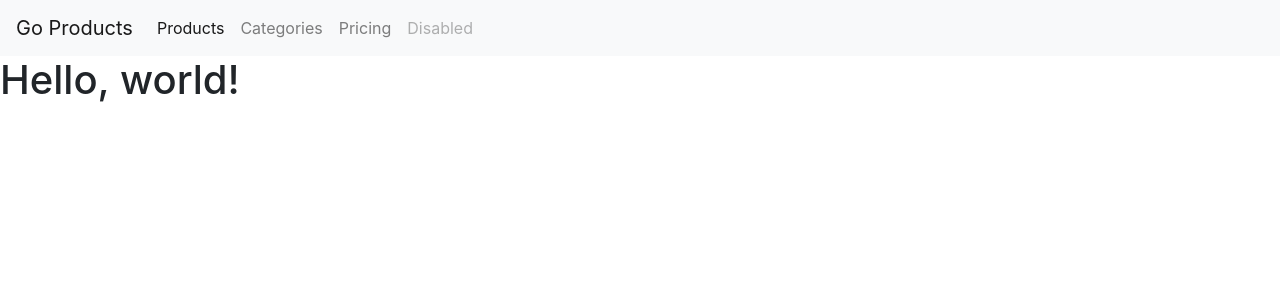
Repository: Nouthemoran/go-web-native-crud
Page: views/home/index.html
An editor plug-in stored every save of this project. The page is shown before and after the next save, followed by the edit.
The browser window is 1280 px wide. The pictures show the whole page.

Above is the page before, as saved 2023-10-04 15:04:46.

After the next save:
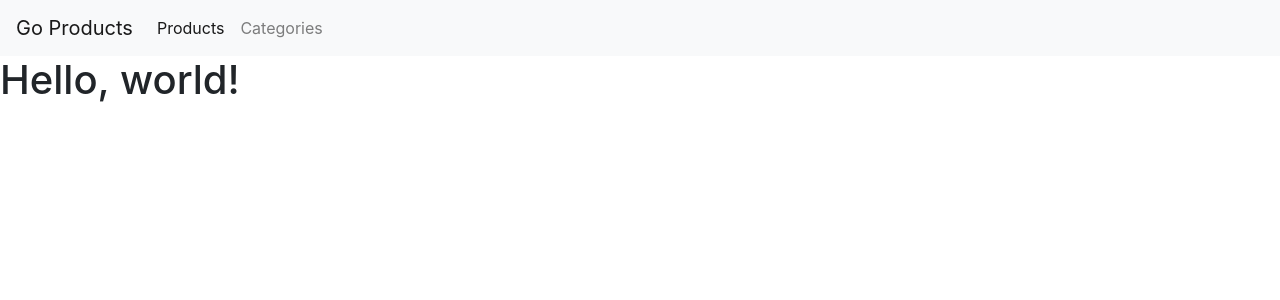
Saved 10 s later.
--- a/views/home/index.html
+++ b/views/home/index.html
@@ -25,12 +25,6 @@
             <li class="nav-item">
               <a class="nav-link" href="#">Categories</a>
             </li>
-            <li class="nav-item">
-              <a class="nav-link" href="#">Pricing</a>
-            </li>
-            <li class="nav-item">
-              <a class="nav-link disabled" href="#" tabindex="-1" aria-disabled="true">Disabled</a>
-            </li>
           </ul>
         </div>
       </nav>
